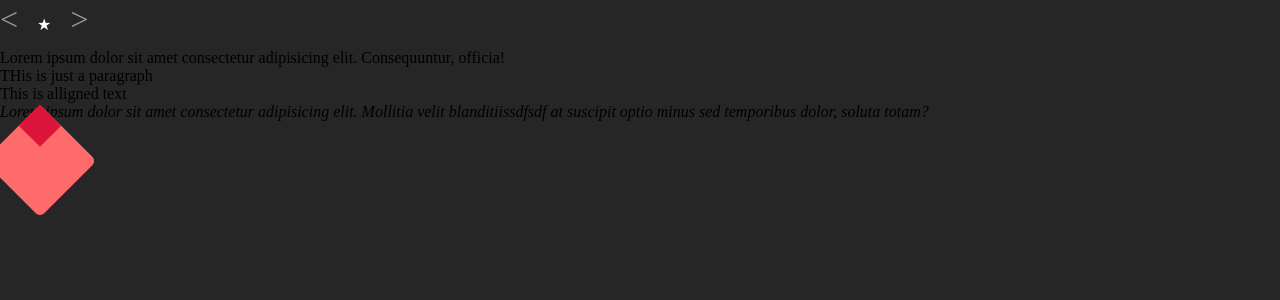
Repository: robin-webdev/frontend
Page: CSS/index.html
The author's editor kept a copy of each file at every save. The page is drawn from the files as they stood at one save, then again after the next save.
The browser window is 1280 px wide. The pictures show the whole page.
The style sheet was rebuilt from its Sass, Less or Tailwind sources for each picture, by a compiler version that may differ from the author's.

Above is the page before, as saved 2025-12-16 06:32:19.

After the next save:
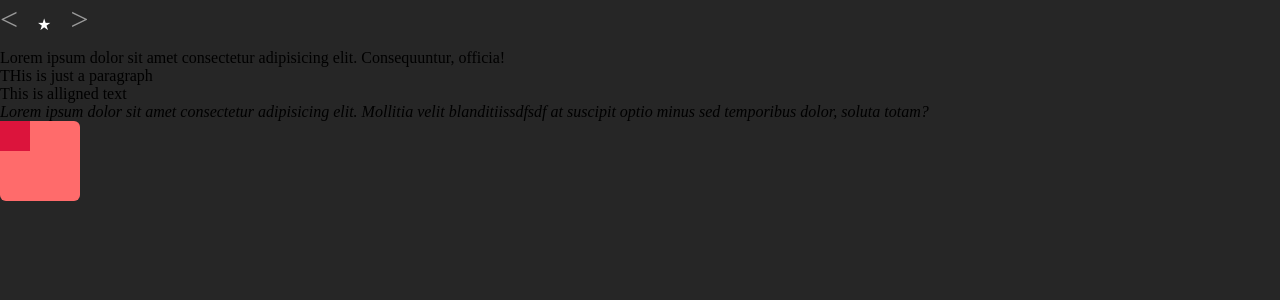
Saved 18 s later.
--- a/CSS/style.scss
+++ b/CSS/style.scss
@@ -61,7 +61,7 @@
   width: 80px;
   background-color: #ff6b6b;
   border-radius: 6px;
-  transform: rotate(45deg);
+  // transform: rotate(45deg);
 
 
 }

After the save that followed:
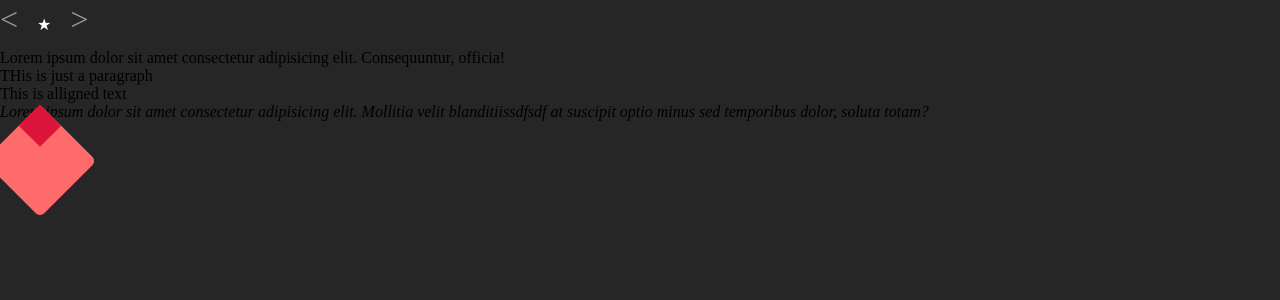
Saved 6 s later.
--- a/CSS/style.scss
+++ b/CSS/style.scss
@@ -61,7 +61,7 @@
   width: 80px;
   background-color: #ff6b6b;
   border-radius: 6px;
-  // transform: rotate(45deg);
+  transform: rotate(45deg);
 
 
 }
